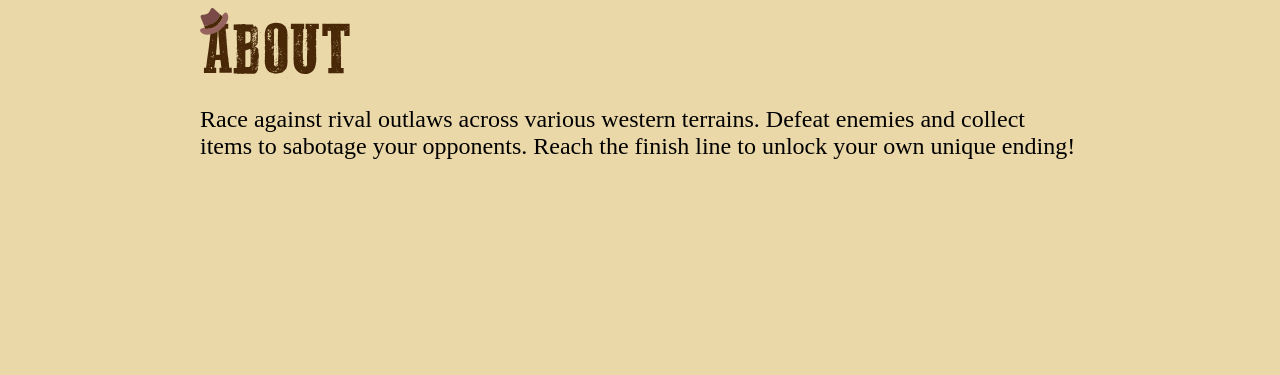
Repository: AlyssaHug/Bandit-Breakout
Page: index.html
The author's editor kept a copy of each file at every save. The page is drawn from the files as they stood at one save, then again after the next save.
The browser window is 1280 px wide. The pictures show the whole page.
Some web fonts or font styles are not loaded; a fallback is used.

Above is the page before, as saved 2025-05-06 12:15:07.

After the next save:
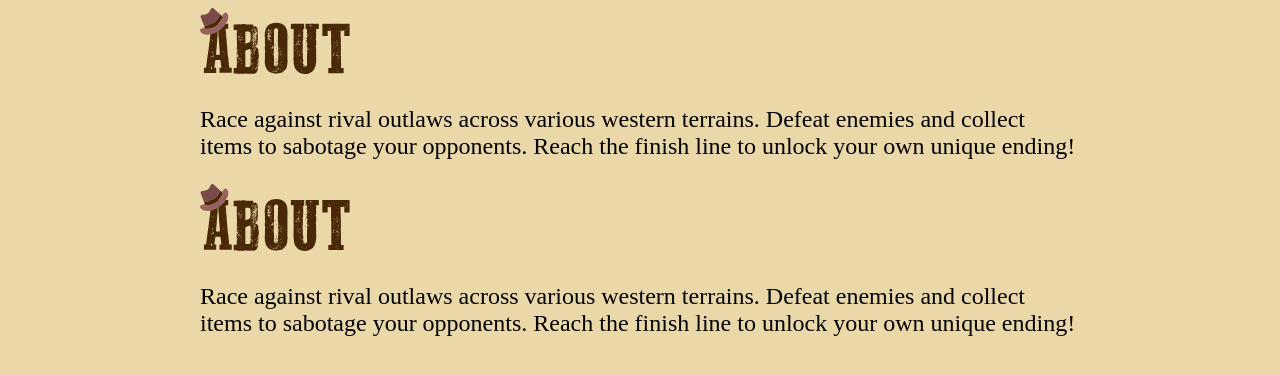
Saved 87 s later.
--- a/index.html
+++ b/index.html
@@ -19,6 +19,12 @@
                     Race against rival outlaws across various western terrains. Defeat enemies and collect items to sabotage your opponents. Reach the finish line to unlock your own unique ending!
                 </p>
             </div>
+            <div class="about_section">
+                <img class="about_section-heading" src="img/about.svg" alt="about">
+                <p class="about_section-text">
+                    Race against rival outlaws across various western terrains. Defeat enemies and collect items to sabotage your opponents. Reach the finish line to unlock your own unique ending!
+                </p>
+            </div>
         </main>
         <footer></footer>
     </body>
